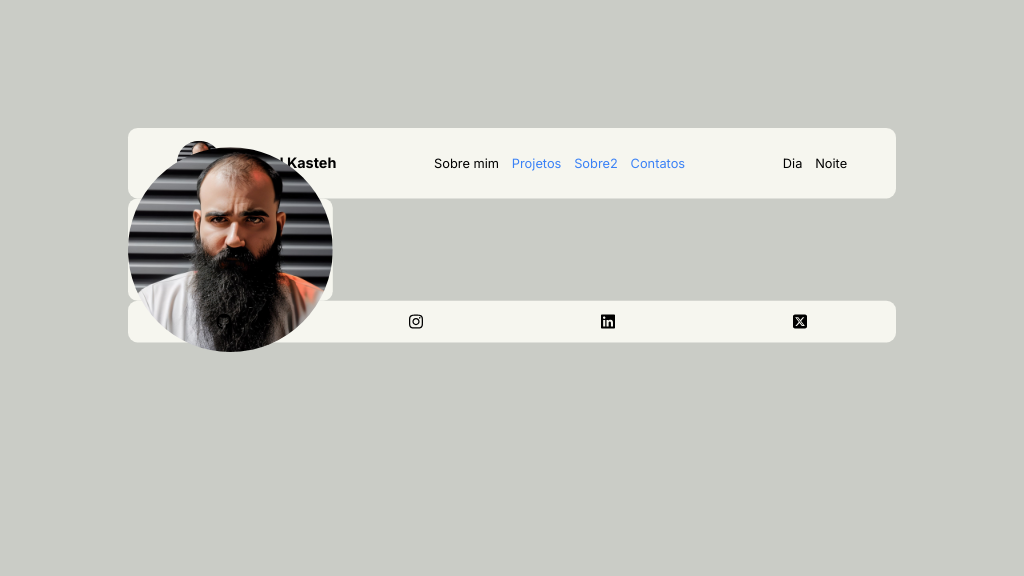
Repository: Deyvid-Kasteh/kasteh_portfolio
Page: /
The author's editor kept a copy of each file at every save. The page is drawn from the files as they stood at one save, then again after the next save.
The browser window is 1280 px wide. The pictures show the whole page, at 80% of full size.
The project was rebuilt for these pictures with package versions that can differ from the ones it lists, and the page was loaded fresh each time. The framework's server and built-in components were replaced by stand-ins that run in the browser. Also part of the build but not shown: next.config.mjs.

Above is the page before, as saved 2024-03-24 18:47:31.

### src/app/layout.tsx
import type { Metadata } from "next";
import { Inter } from "next/font/google";
import "./globals.css";

const inter = Inter({ subsets: ["latin"] });

export const metadata: Metadata = {
  title: "Create Next App",
  description: "Generated by create next app",
};

export default function RootLayout({
  children,
}: Readonly<{
  children: React.ReactNode;
}>) {
  return (
    <html lang="pt-br">
      <body
        className={`bg-customGrayBG ${inter.className} p-4 sm:p-6 md:p-8 lg:p-10 xl:p-40`}
      >
        {children}
      </body>
    </html>
  );
}

### src/app/page.tsx
import Footer from "./components/footer";
import Header from "./components/header";
import Main from "./components/main";

export default function Home() {
  return (
    <>
      <Header />
      <Main />
      <Footer/>
    </>
  );
}

### src/app/globals.css
@tailwind base;
@tailwind components;
@tailwind utilities;

:root {
  --foreground-rgb: 0, 0, 0;
  --background-start-rgb: 214, 219, 220;
  --background-end-rgb: 0, 0, 0;
}

/* @media (prefers-color-scheme: dark) {
  :root {
    --foreground-rgb: 255, 255, 255;
    --background-start-rgb: 0, 0, 0;
    --background-end-rgb: 0, 0, 0;
  }
} */

body {
  color: "#25282B"
  /* background: linear-gradient(
      to bottom,
      transparent,
      rgb(var(--background-end-rgb))
    )
    rgb(var(--background-start-rgb)); */
}



@layer utilities {
  .text-balance {
    text-wrap: balance;
  }
}

### src/app/components/footer.tsx
import React from "react";
import {
  FaGithub,
  FaInstagram,
  FaLinkedin
} from "react-icons/fa";
import { FaSquareXTwitter } from "react-icons/fa6";

const Footer: React.FC = () => {
  return (
    <main className="bg-customGrayComponents flex justify-around items-center py-4 rounded-xl text-[20px]">
      <FaGithub />
      <FaInstagram />
      <FaLinkedin />
      <FaSquareXTwitter />
    </main>
  );
};

export default Footer;

### src/app/components/header.tsx
import React from "react";
import logo from "../../../public/deyvidKaseth.jpg";
import Image from "next/image";

const Header: React.FC = () => {
  return (
    <header className="bg-customGrayComponents flex justify-around items-center py-4 rounded-xl">
      <div className="flex items-center space-x-4">
        <Image src={logo} alt="Logo" className="rounded-full w-14 h-14" />
        <h1 className="text-lg font-bold">Deyvid Kasteh</h1>
      </div>
      <nav>
        <ul className="flex space-x-4">
          <li>
            <a href="#">Sobre mim</a>
          </li>
          <li>
            <a href="#" className="text-blue-500 hover:text-blue-700">
              Projetos
            </a>
          </li>
          <li>
            <a
              href="#"
              className="text-blue-500 hover:text-blue-700 hover:bg-blue-500"
            >
              Sobre2
            </a>
          </li>
          <li>
            <a href="#" className="text-blue-500 hover:text-blue-700">
              Contatos
            </a>
          </li>
        </ul>
      </nav>
      <div className="flex space-x-4">
        <p>Dia</p>
        <p>Noite</p>
      </div>
    </header>
  );
};

export default Header;

### src/app/components/main.tsx
import React from 'react'
import MinhaFoto from './common/fotoDeyvidKasteh';

const Main: React.FC = () => {
  return (
    <main className="bg-customGrayComponents flex justify-around items-center py-4 rounded-xl w-64 h-32">
      <MinhaFoto height={1000} width={1000}/>

    </main>
  );
}

export default Main

### src/app/components/common/fotoDeyvidKasteh.tsx
import React from "react"
import minhafoto from "../../../../public/deyvidKaseth.jpg"
import Image from "next/image"


interface ImageProps {
  width: number;
  height: number;
}


const MinhaFoto: React.FC<ImageProps> = ({ width, height }) => {
  return (
    <Image
      src={minhafoto}
      alt="Foto de Deyvid Kasteh"
      width={width}
      height={height}
      className="rounded-full"
    />
  );
};

export default MinhaFoto

### tailwind.config.ts
import type { Config } from "tailwindcss";

const config: Config = {
  content: [
    "./src/pages/**/*.{js,ts,jsx,tsx,mdx}",
    "./src/components/**/*.{js,ts,jsx,tsx,mdx}",
    "./src/app/**/*.{js,ts,jsx,tsx,mdx}",
  ],
  theme: {
    extend: {
      backgroundImage: {
        "gradient-radial": "radial-gradient(var(--tw-gradient-stops))",
        "gradient-conic":
          "conic-gradient(from 180deg at 50% 50%, var(--tw-gradient-stops))",
      },
      colors: {
        customGrayBG: "#CACCC6", // Definindo o background color
        customGrayComponents: "#F6F6EF",
      },
    },
  },
  plugins: [],
};
export default config;

After the next save:
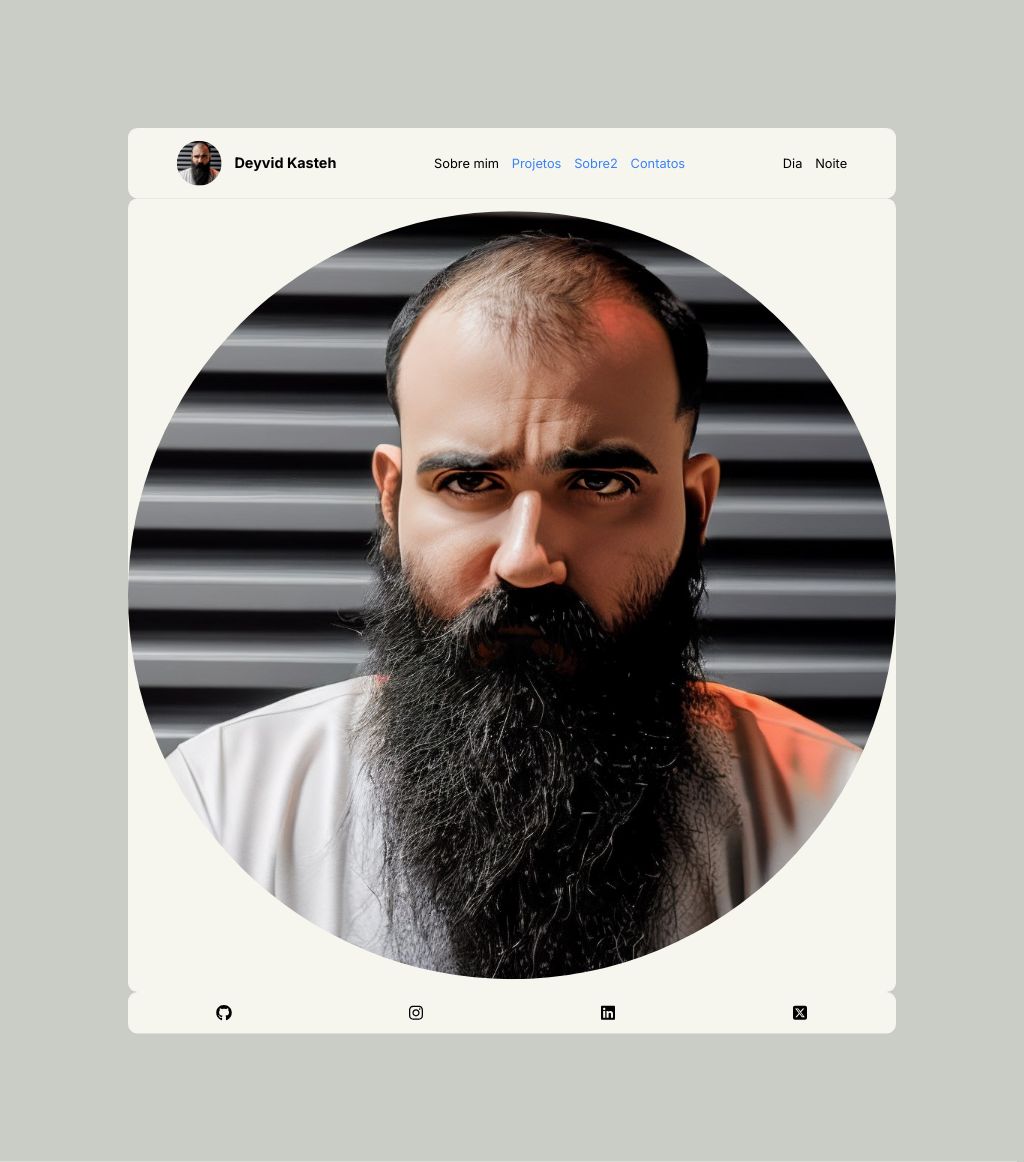
Saved 13 s later.
--- a/src/app/components/main.tsx
+++ b/src/app/components/main.tsx
@@ -3,7 +3,7 @@ import MinhaFoto from './common/fotoDeyvidKasteh';
 
 const Main: React.FC = () => {
   return (
-    <main className="bg-customGrayComponents flex justify-around items-center py-4 rounded-xl w-64 h-32">
+    <main className="bg-customGrayComponents flex justify-around items-center py-4 rounded-xl">
       <MinhaFoto height={1000} width={1000}/>
 
     </main>
